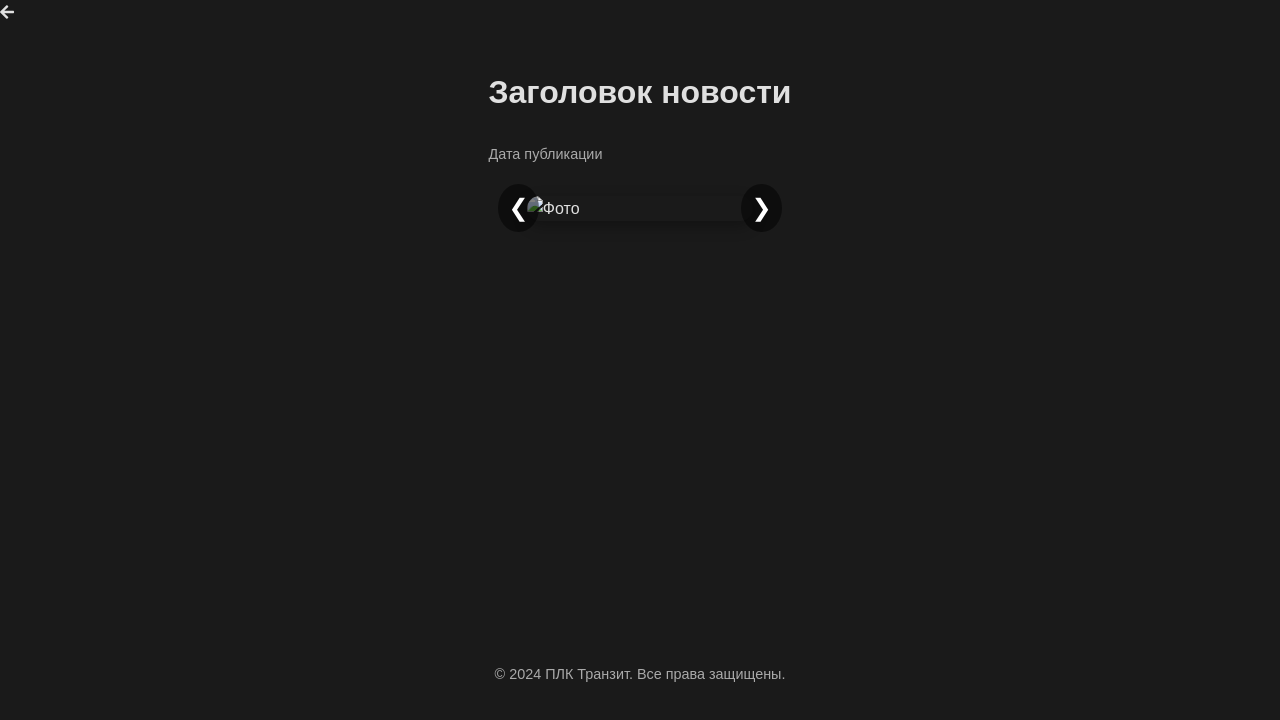
Repository: MaratLK/PLKFrontend
Page: news.html
These files come from the project's save history. The page is drawn as it stood at one moment and after the next save; the edit follows.
The browser window is 1280 px wide. The pictures show the whole page.

Above is the page before, as saved 2024-09-29 19:09:13.

After the next save:
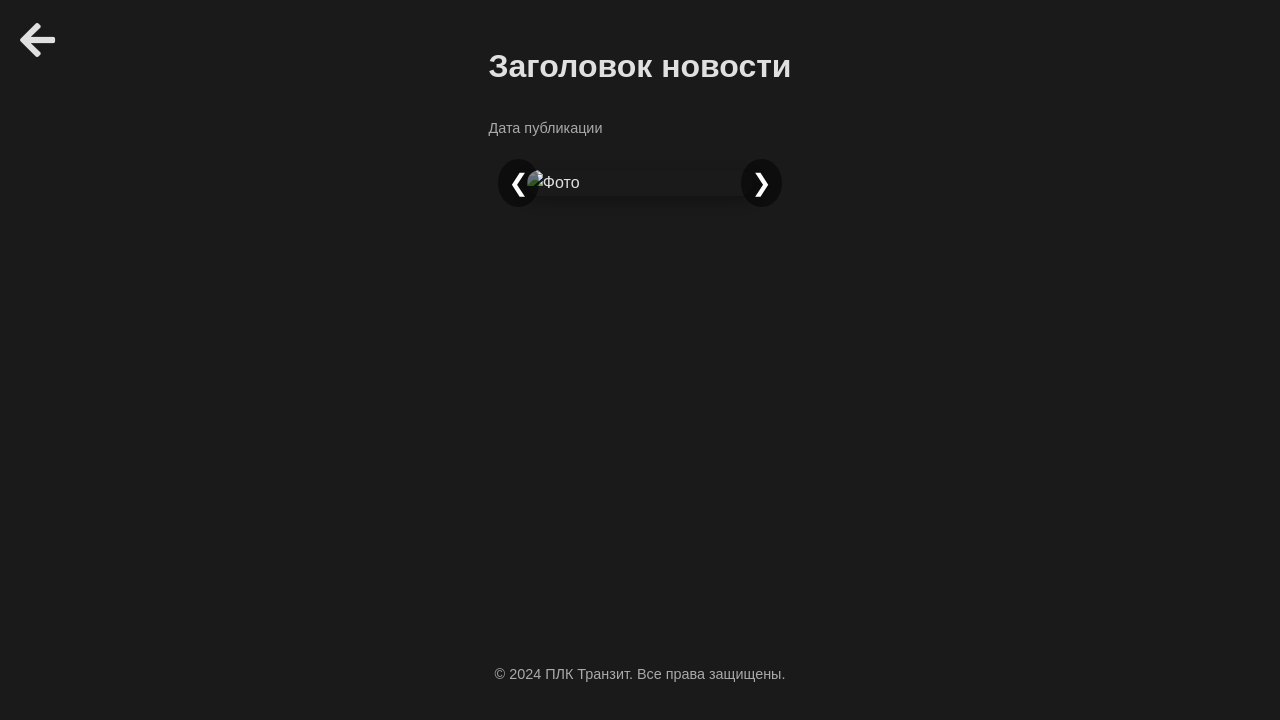
Saved 2 min 3 s later.
--- a/news.css
+++ b/news.css
@@ -130,8 +130,19 @@
     background: rgba(0, 0, 0, 0.8); /* Изменение фона при наведении */
 }
 
-#body-back{
-    margin: 5px;
-    height: 20px;
-    width: 20px;
+.back-btn {
+    position: absolute;
+    top: 20px; /* Отступ сверху */
+    left: 20px; /* Отступ слева */
+    font-size: 40px; /* Увеличиваем размер кнопки */
+    color: #e0e0e0;
+    background: none; /* убираем фон */
+    border: none; /* убираем бордер */
+    cursor: pointer;
+    transition: transform 0.2s; /* Добавляем плавное увеличение */
 }
+
+.back-btn:hover {
+    color: #007BFF;
+    transform: scale(1.2); /* Увеличение при наведении */
+}
